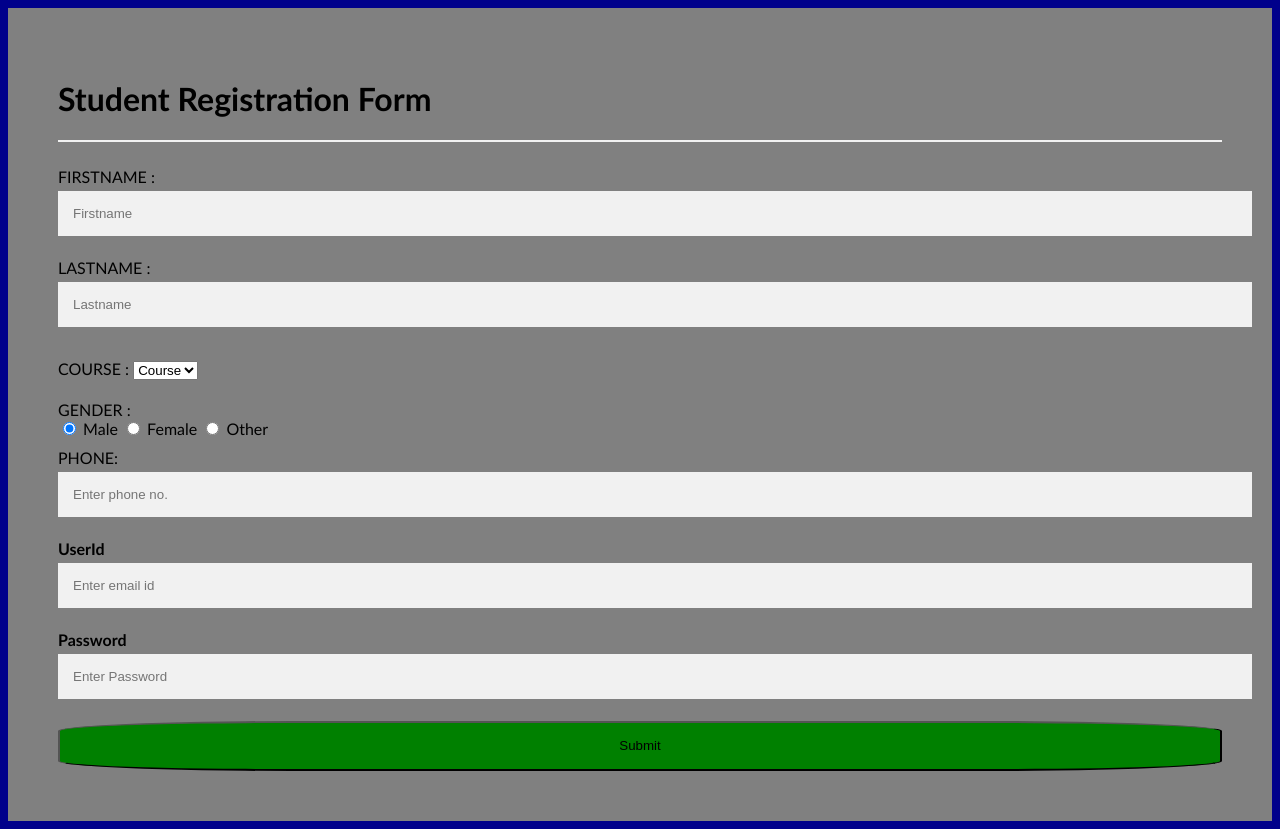
Repository: MriOj/OnlineExamPortal
Page: http://localhost/ExamPortal/sregister.jsp
These files come from the project's save history. The page is drawn as it stood at one moment and after the next save; the edit follows.
The browser window is 1280 px wide. The pictures show the whole page.
The page is served by Tomcat 9. Other server files are loaded and not shown.

Above is the page before, as saved 2021-09-06 11:14:03.

### ExamPortal/src/main/webapp/sregister.jsp
<%@ page language="java" contentType="text/html; charset=ISO-8859-1"
    pageEncoding="ISO-8859-1"%>
<!DOCTYPE html>
<html>
<head>
<meta charset="ISO-8859-1">
<title>Insert title here</title>
<link rel="stylesheet" href="css/sregister.css">
</head>
<body>
<form action="/sregisterconf" method="post" >
    <div class="container">
      <h1> Student Registration Form</h1>
      <hr>
      <label> FIRSTNAME : </label>
        <input type="text" name="firstname" placeholder= "Firstname" required />

      <label> LASTNAME : </label>
      <input type="text" name="lastname" placeholder="Lastname" required />
    <div>
    <label>COURSE :</label>

    <select name="course">
        <option value="course" >Course</option>
        <option value="BCA" >BCA</option>
        <option value="B.Tech" >B.Tech</option>
        <option value="MBA" >MBA</option>
        <option value="M.Tech" >M.Tech</option>
    </select>
    </div>
    <div>
    <label>
    GENDER :
    </label><br>
    <input type="radio" value="Male" name="gender" checked > Male
    <input type="radio" value="Female" name="gender"> Female
    <input type="radio" value="Other" name="gender"> Other

    </div>
    <label>
    PHONE:
    </label>
    <input type="text" name="phone" placeholder="Enter phone no." size="10" required>

    <label for="emailid"><b>UserId</b></label>
    <input type="text" placeholder="Enter email id" name="emailid" required>

    <label for="psw"><b>Password</b></label>
    <input type="password" placeholder="Enter Password" name="password" required>

    <input type="submit" value="Submit" onClick="registered()" >
     </div>
</form>
</body>
</html>

### ExamPortal/src/main/webapp/css/sregister.css
body{
  font-family: Calibri, Helvetica, sans-serif;
  background-color: darkblue;
}
.container {
    padding: 50px;
  background-color:grey;
}

input[type=number], input[type=text],input[type=password] {
  width: 100%;
  padding: 15px;
  margin: 5px 0 22px 0;
  display: inline-block;
  border: none;
  background: #f1f1f1;
}
 div {
            padding: 10px 0;
         }
hr {
  border: 1px solid #f1f1f1;
  margin-bottom: 25px;
}
input[type=submit]{
	 background: green;
	 width:100%;
	 height:50px;
	 border-radius:20%;
}

After the next save:
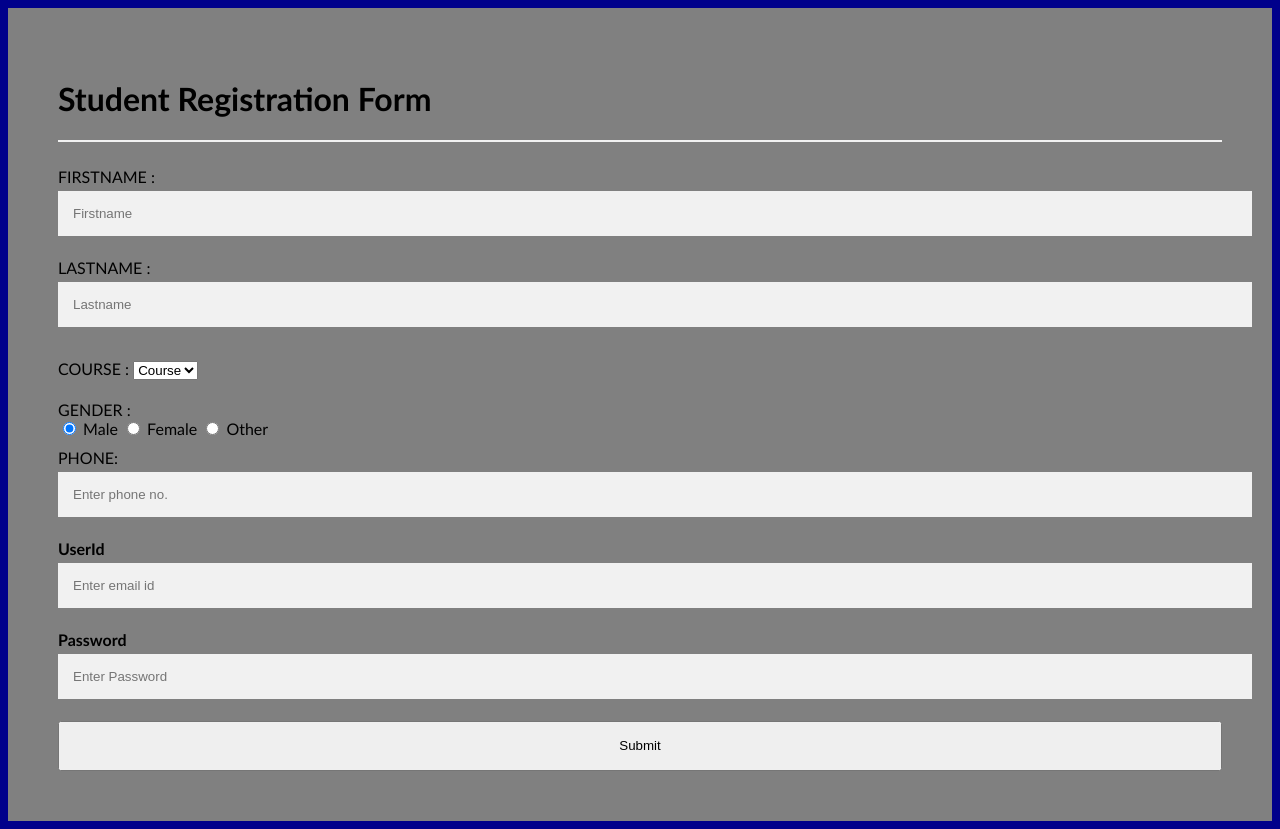
Saved 28 s later.
--- a/ExamPortal/src/main/webapp/css/sregister.css
+++ b/ExamPortal/src/main/webapp/css/sregister.css
@@ -23,8 +23,8 @@ hr {
   margin-bottom: 25px;
 }
 input[type=submit]{
-	 background: green;
+	 background: light green;
 	 width:100%;
 	 height:50px;
-	 border-radius:20%;
+
 }
